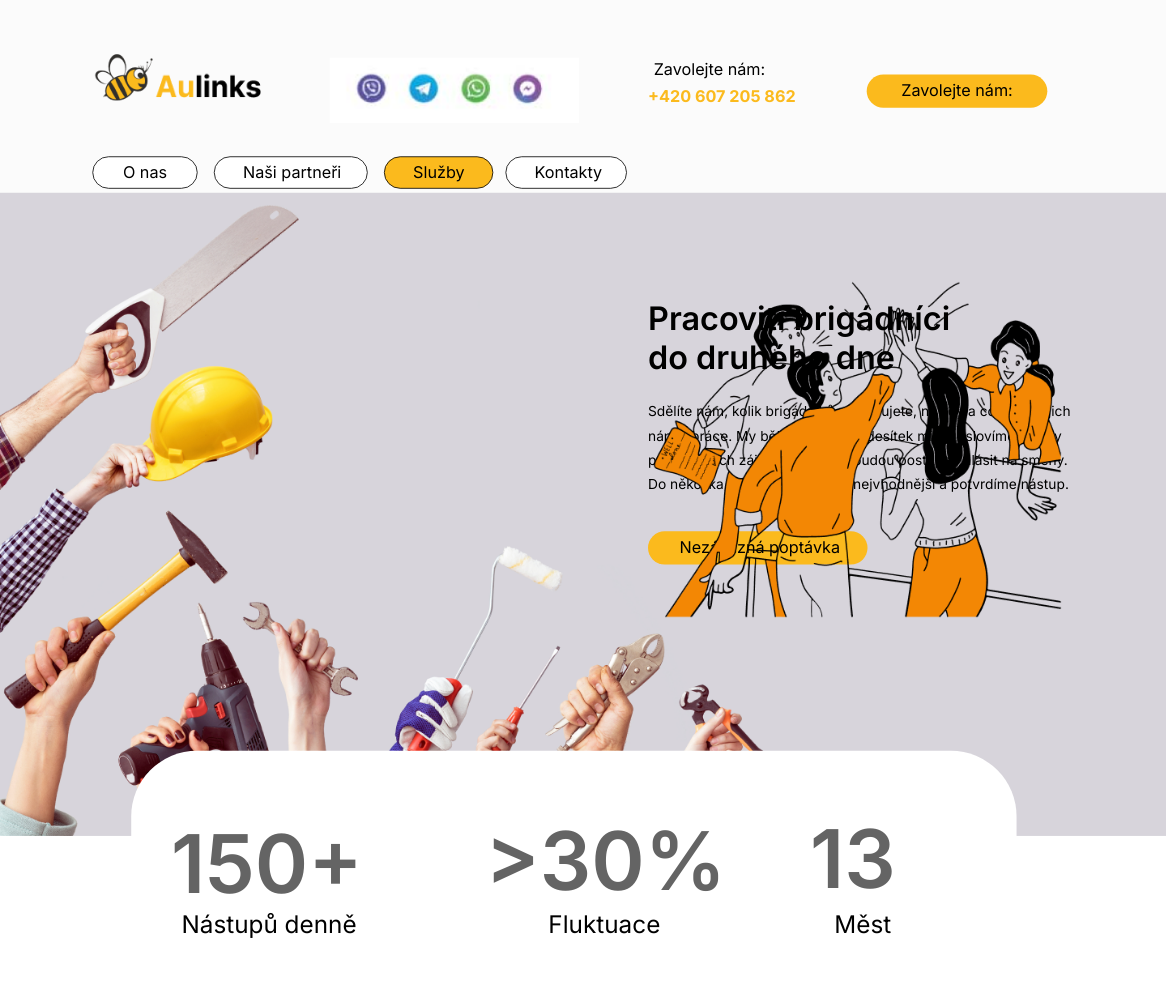
Repository: bilday08/bilday08.github.io
Page: page2.html
The author's editor kept a copy of each file at every save. The page is drawn from the files as they stood at one save, then again after the next save.
The browser window is 1280 px wide. The page is 1440 px wide, so the pictures cover 1440 px, including what lies to the right of the window. The pictures show the whole page, at 81% of full size.

Above is the page before, as saved 2022-10-16 00:38:35.

After the next save:
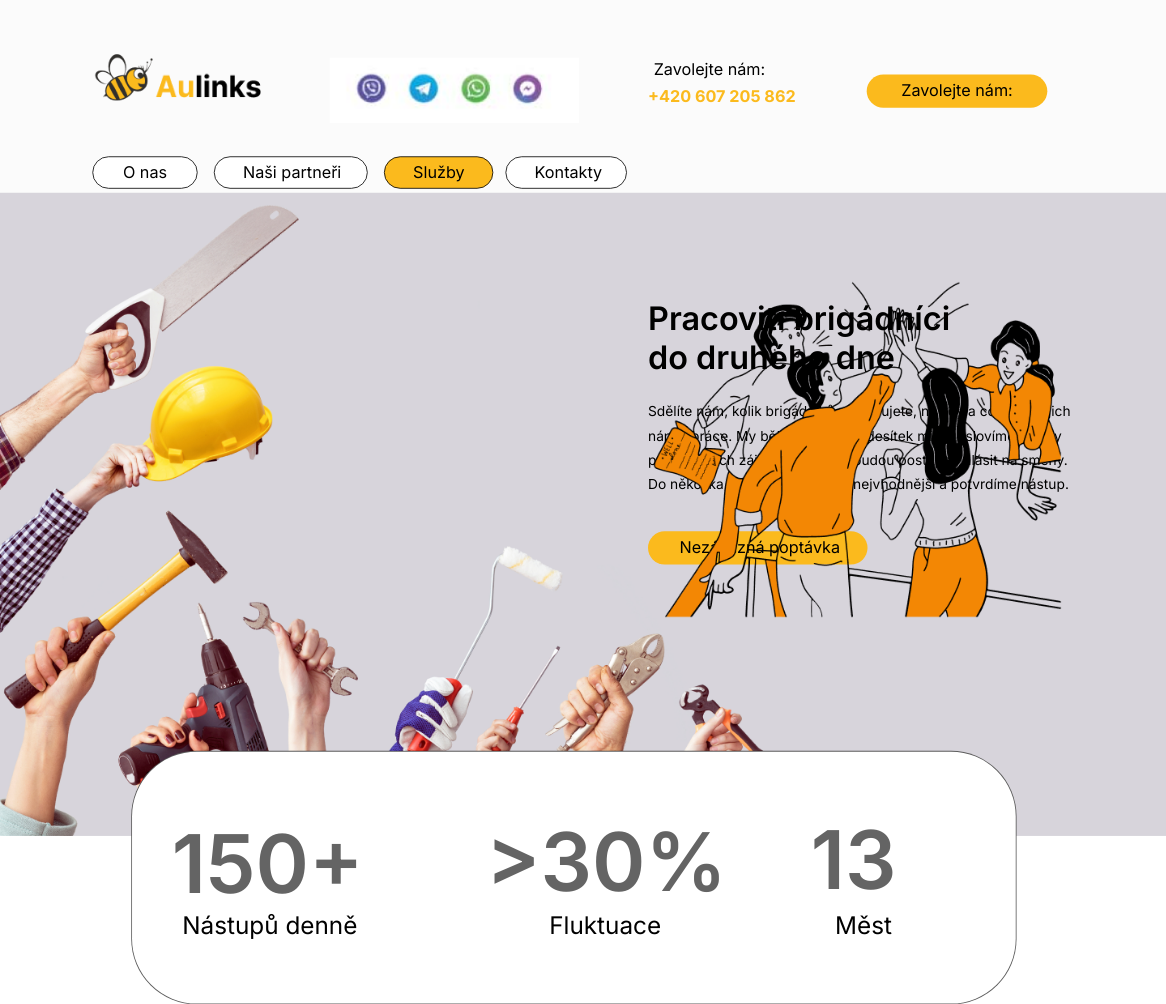
Saved 62 s later.
--- a/style2.css
+++ b/style2.css
@@ -205,6 +205,7 @@
     margin-left: 162px;
     margin-right: 185px;
     padding-top: 78px;
+    border: 1px solid rgba(0, 0, 0, 0.64);
 }
 .center-button--first1{
     display: block;
